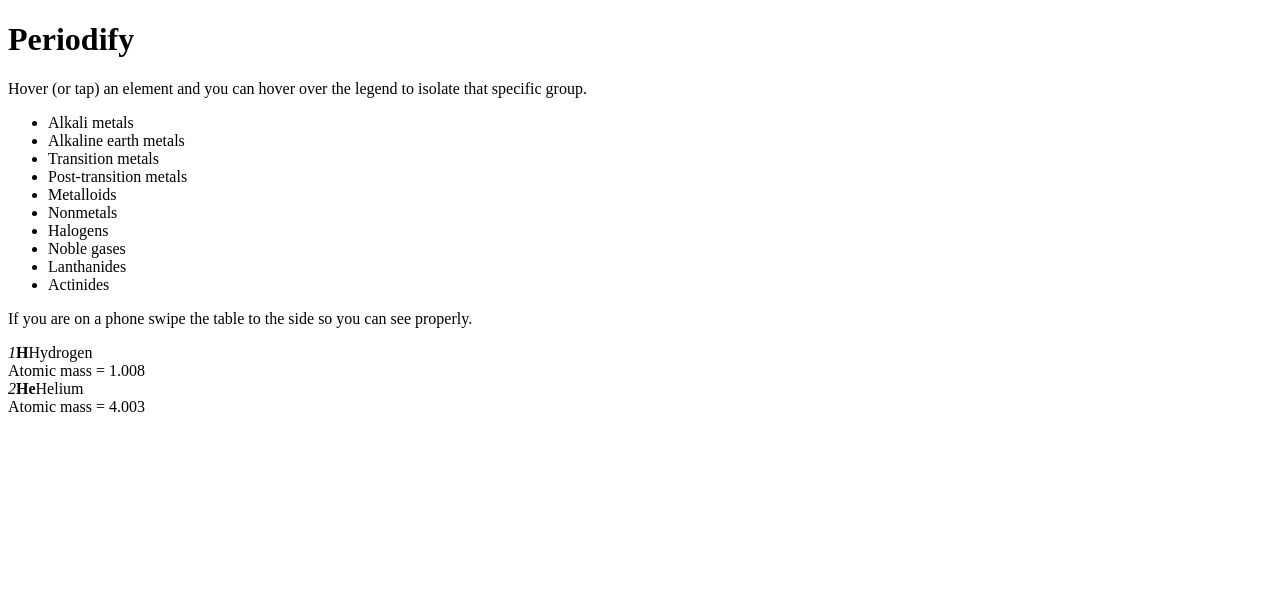
Repository: manayparikh1/Periodify
Page: index.html
These files come from the project's save history. The page is drawn as it stood at one moment and after the next save; the edit follows.
The browser window is 1280 px wide. The pictures show the whole page.

Above is the page before, as saved 2026-10-11 20:57:12.

After the next save:
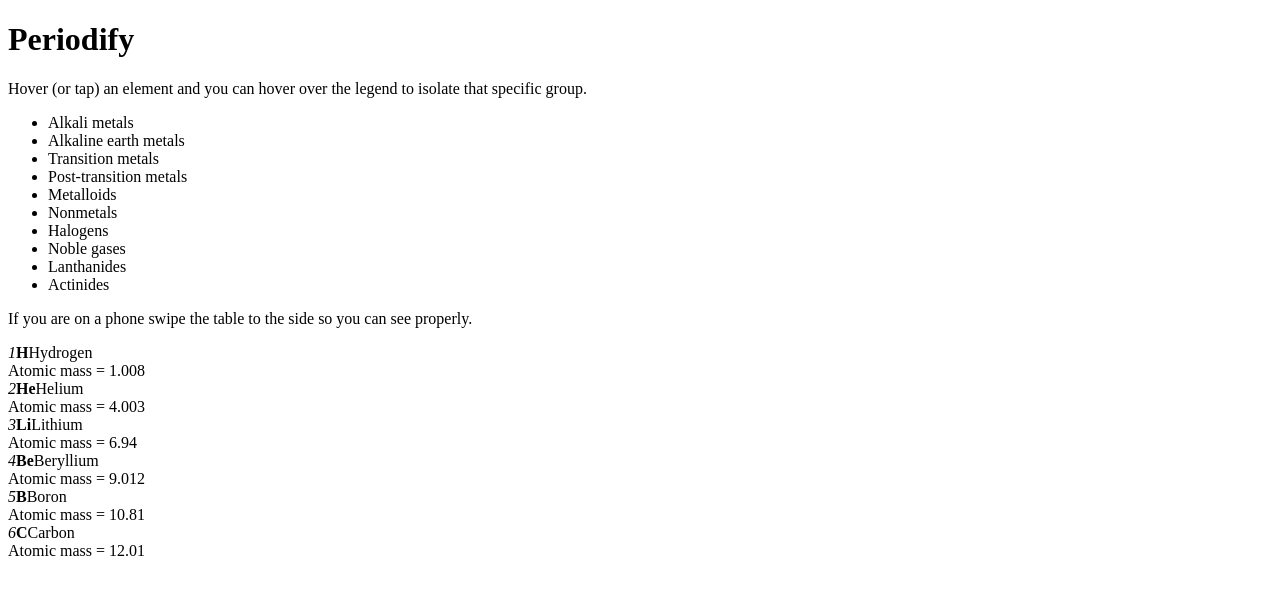
Saved 8 min 11 s later.
--- a/index.html
+++ b/index.html
@@ -35,6 +35,12 @@
             <div class="gap" style="--n:16"></div>
             <!-- Gives a 16 element gap because hydron and helium are not in the same column -->
             <div class="el ng" tabindex="0"><i>2</i><b>He</b><span>Helium<br>Atomic mass = 4.003</span></div>
+            <!-- The second period -->
+            <div class="el ak" tabindex="0"><i>3</i><b>Li</b><span>Lithium<br>Atomic mass = 6.94</span></div>
+            <div class="el ae" tabindex="0"><i>4</i><b>Be</b><span>Beryllium<br>Atomic mass = 9.012</span></div>
+            <div class="gap" style="--n:10"></div>
+            <div class="el md" tabindex="0"><i>5</i><b>B</b><span>Boron<br>Atomic mass = 10.81</span></div>
+            <div class="el nm" tabindex="0"><i>6</i><b>C</b><span>Carbon<br>Atomic mass = 12.01</span></div>
         </div>
     </div>
 </body>
@@ -98,7 +104,7 @@
 
         --am: #4fa75f;
         /*Alkali metals*/
-        --ml: #96773a;
+        --ae: #96773a;
         /*alkaline earth metals*/
         --ac: #765545;
         /*transition metals*/
